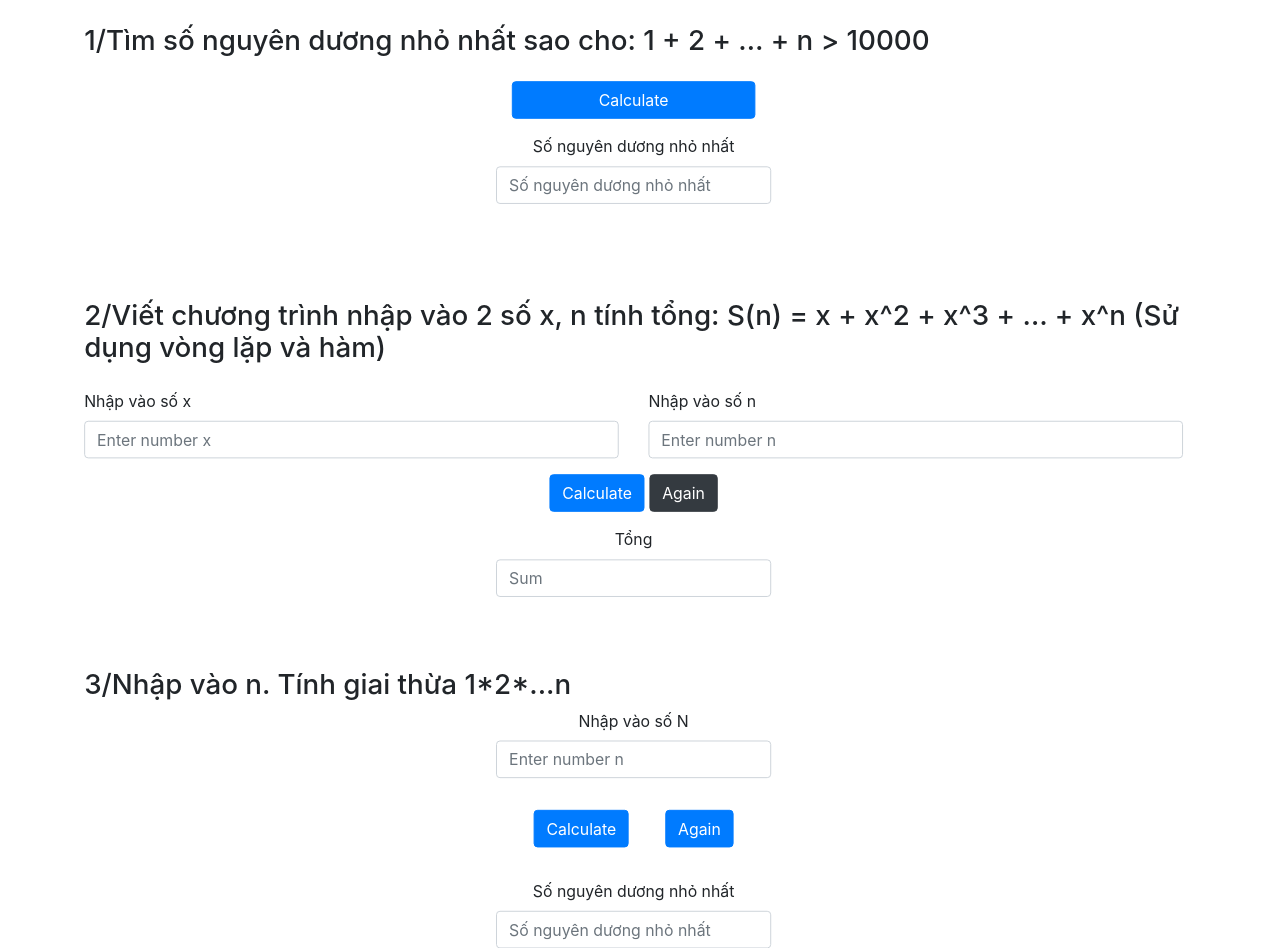
Repository: baobaodeveloper/bootcamp21__loop__HuynhAnhBao
Page: index.html
An editor plug-in stored every save of this project. The page is shown before and after the next save, followed by the edit.
The browser window is 1280 px wide. The pictures show the whole page, at 99% of full size.

Above is the page before, as saved 2022-03-16 23:32:52.

After the next save:
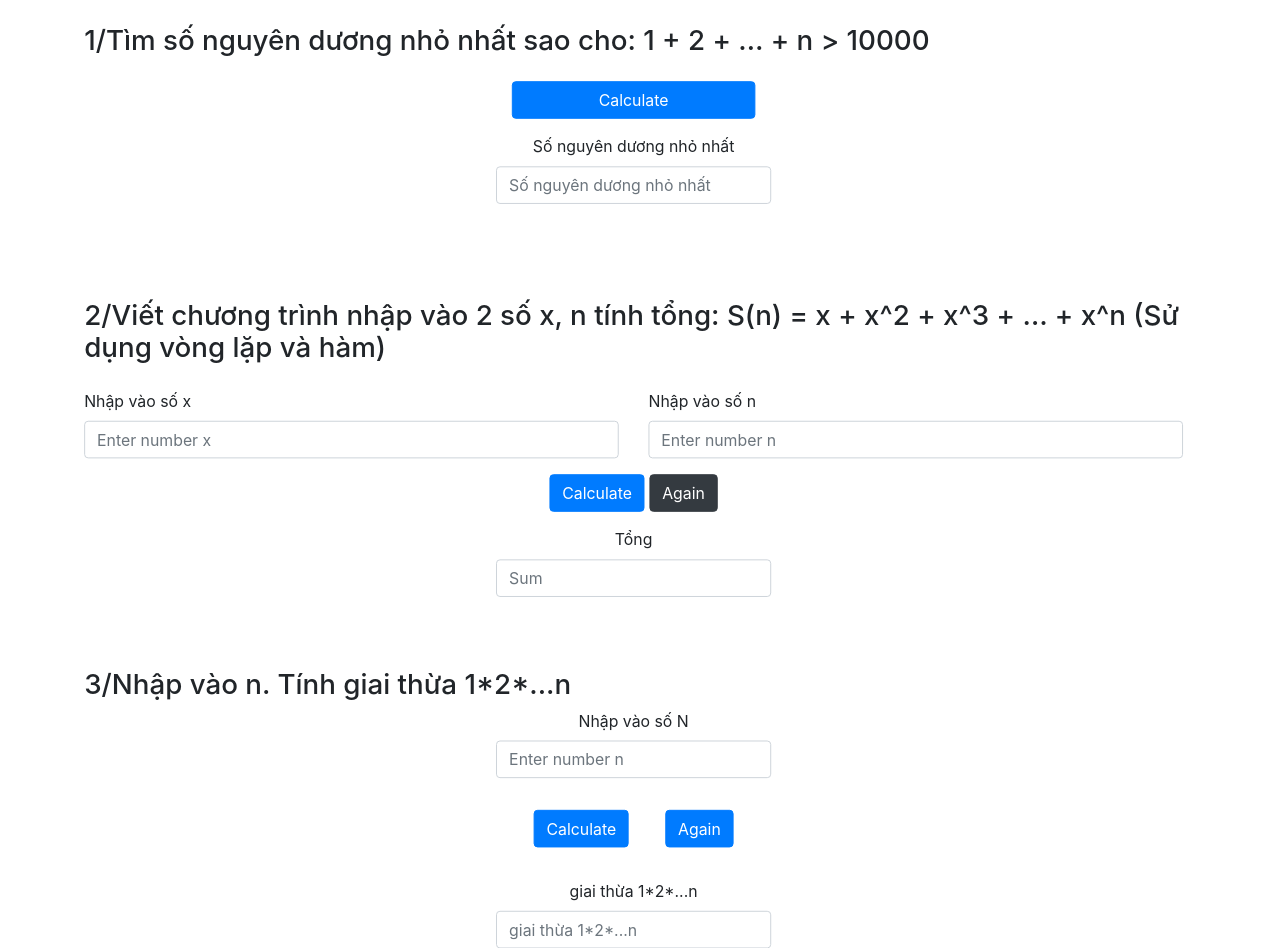
Saved 27 s later.
--- a/index.html
+++ b/index.html
@@ -113,12 +113,12 @@
             Again
           </button>
         </div>
-        <label class="form-label">Số nguyên dương nhỏ nhất</label>
+        <label class="form-label">giai thừa 1*2*...n</label>
         <input
           type="text"
           class="form-control"
-          id="result1"
-          placeholder="Số nguyên dương nhỏ nhất"
+          id="result3"
+          placeholder="giai thừa 1*2*...n"
         />
       </div>
     </div>
